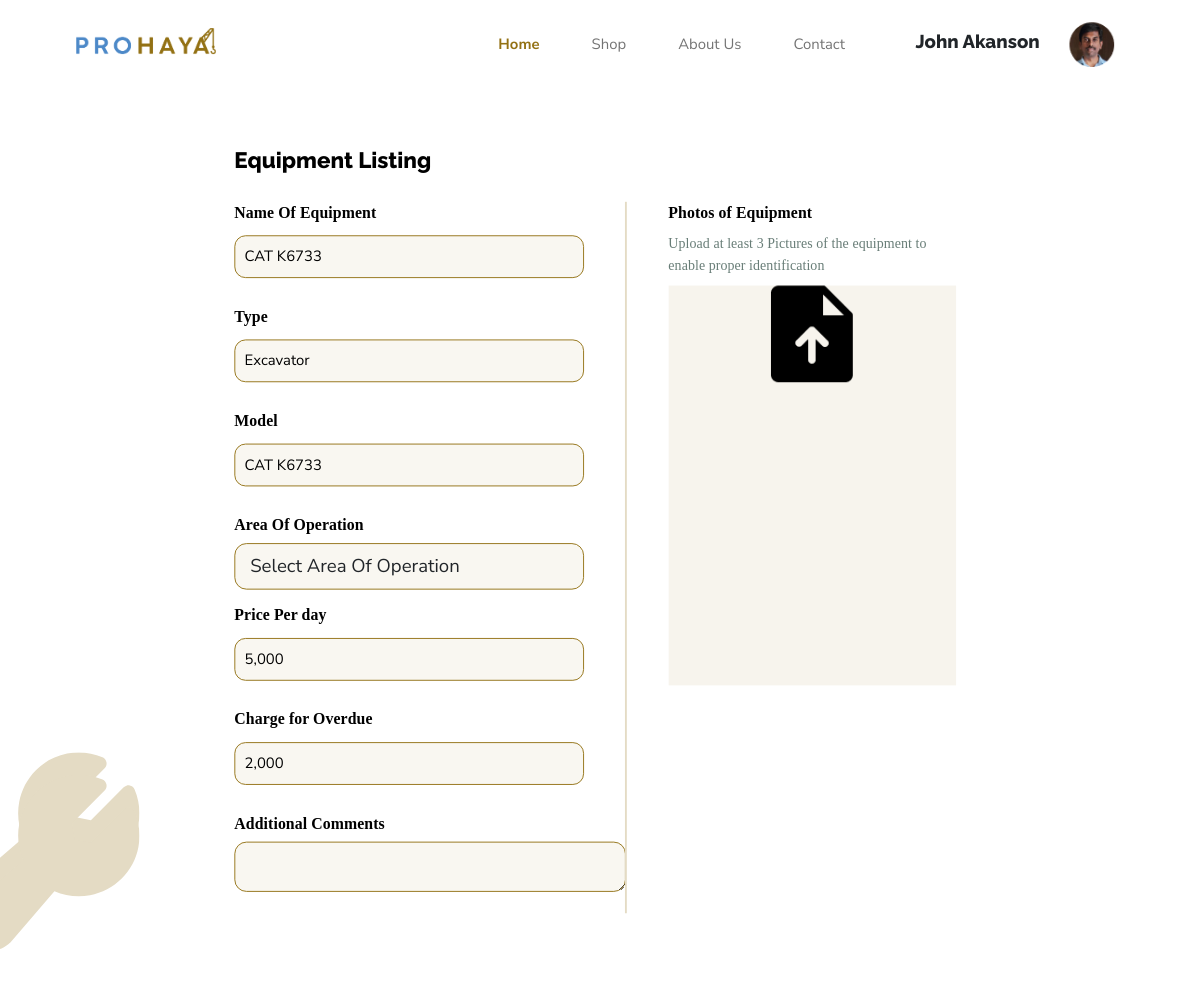
Repository: stormcelltech/Prohaya-UI
Page: Prohaya-UI/equipment_listing.html
The author's editor kept a copy of each file at every save. The page is drawn from the files as they stood at one save, then again after the next save.
The browser window is 1280 px wide. The pictures show the whole page, at 93% of full size.
Some web libraries are served in a nearby version.

Above is the page before, as saved 2022-04-14 04:23:45.
Console error: TypeError: $(...).owlCarousel is not a function

After the next save:
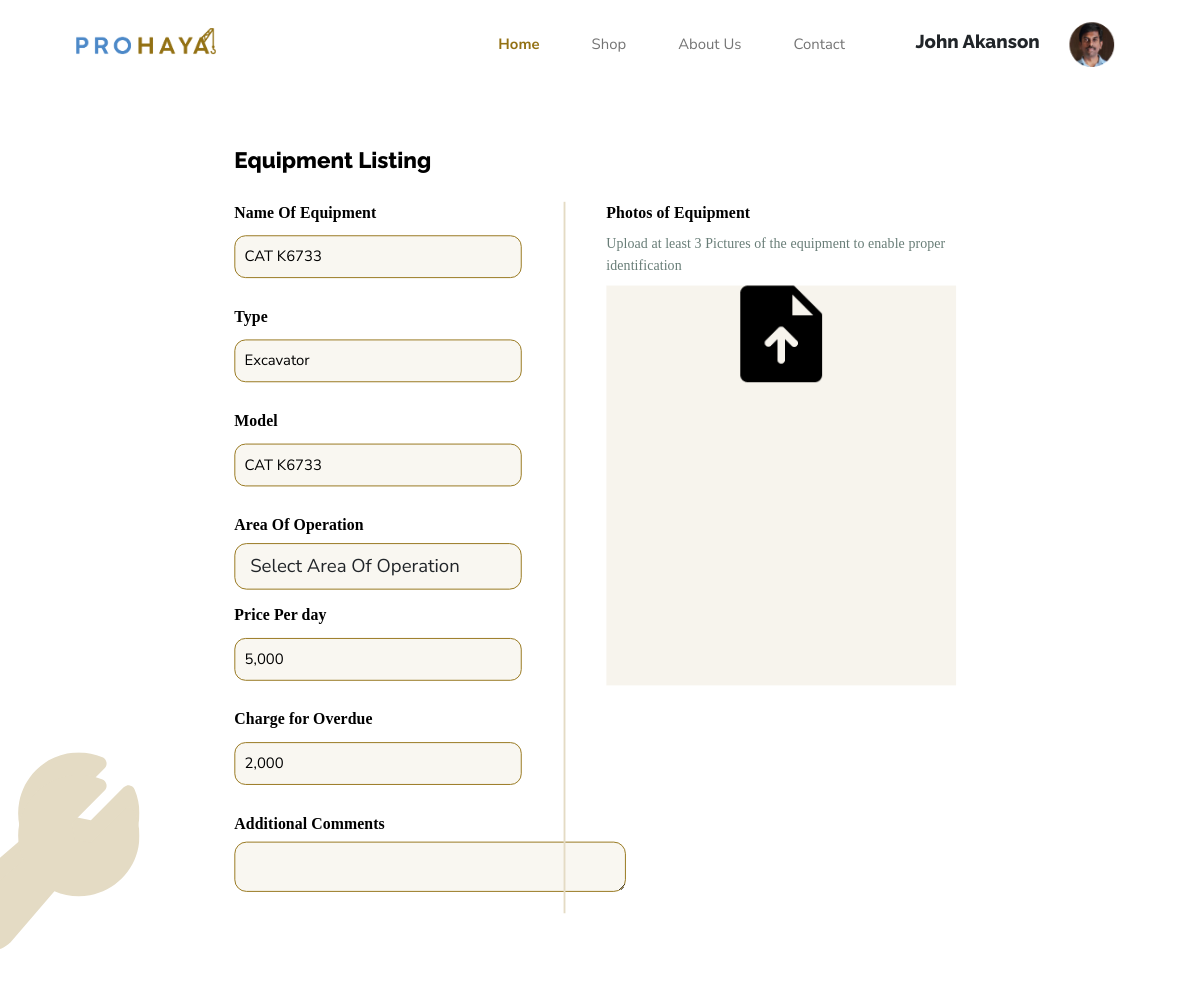
Saved 61 s later.
--- a/Prohaya-UI/equipment_listing.html
+++ b/Prohaya-UI/equipment_listing.html
@@ -63,7 +63,7 @@
                 <h1 class="custom_listing">Equipment Listing</h1>
                 <form action="">
                     <div class="row custom-row-padding">
-                        <div class="col-md-6">
+                        <div class="col-md-5">
                             <div class="mb-3">
                                 <label for="exampleFormControlInput1" class="form-label custom-labels">Name Of Equipment</label>
                                 <input type="text" class="form-control custom-input" id="exampleFormControlInput1" placeholder="CAT K6733">
@@ -106,7 +106,7 @@
                             </div>
                         </div>
 
-                        <div class="col-md-5">
+                        <div class="col-md-6">
                             <strong class="custom_photo_section">Photos of Equipment</strong>
                             <p class="custom-upload">Upload at least 3 Pictures of the equipment to enable proper identification</p>
                             <div class="custom-image-upload">
